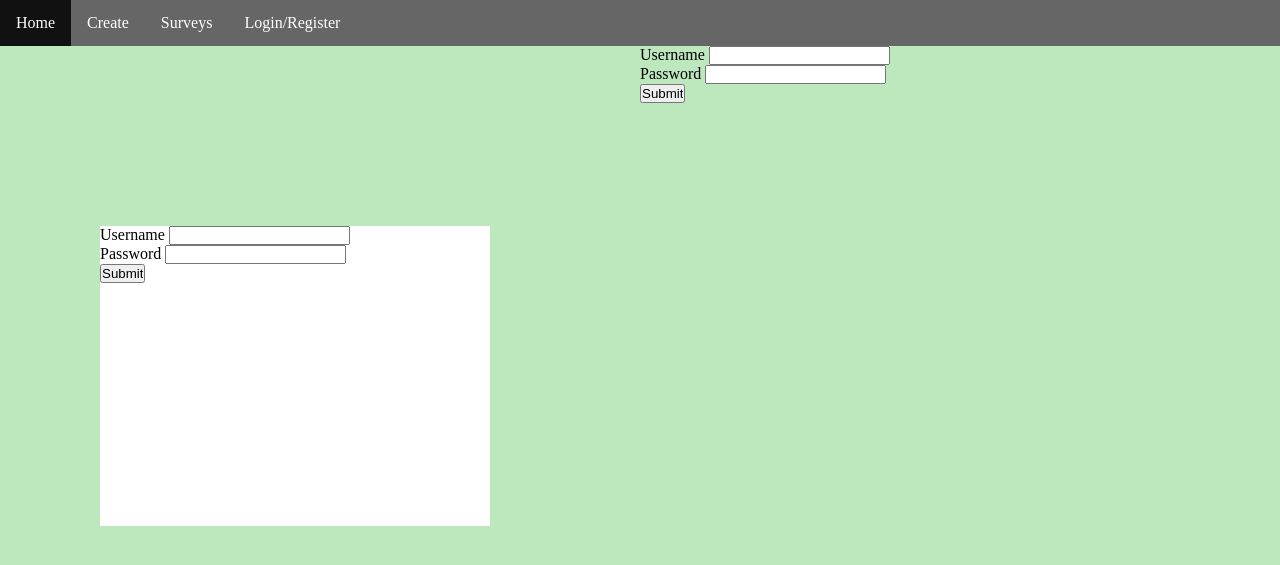
Repository: cakuang1/QuickSurveyReact
Page: /login
An editor plug-in stored every save of this project. The page is shown before and after the next save, followed by the edit.
The browser window is 1280 px wide. The pictures show the whole page.
The project was rebuilt for these pictures with package versions that can differ from the ones it lists, and the page was loaded fresh each time. Also part of the build but not shown: src/pages/create.js, src/pages/home.css, src/pages/home.js, src/pages/pastsurveys.js.

Above is the page before, as saved 2022-07-21 14:15:37.

After the next save:
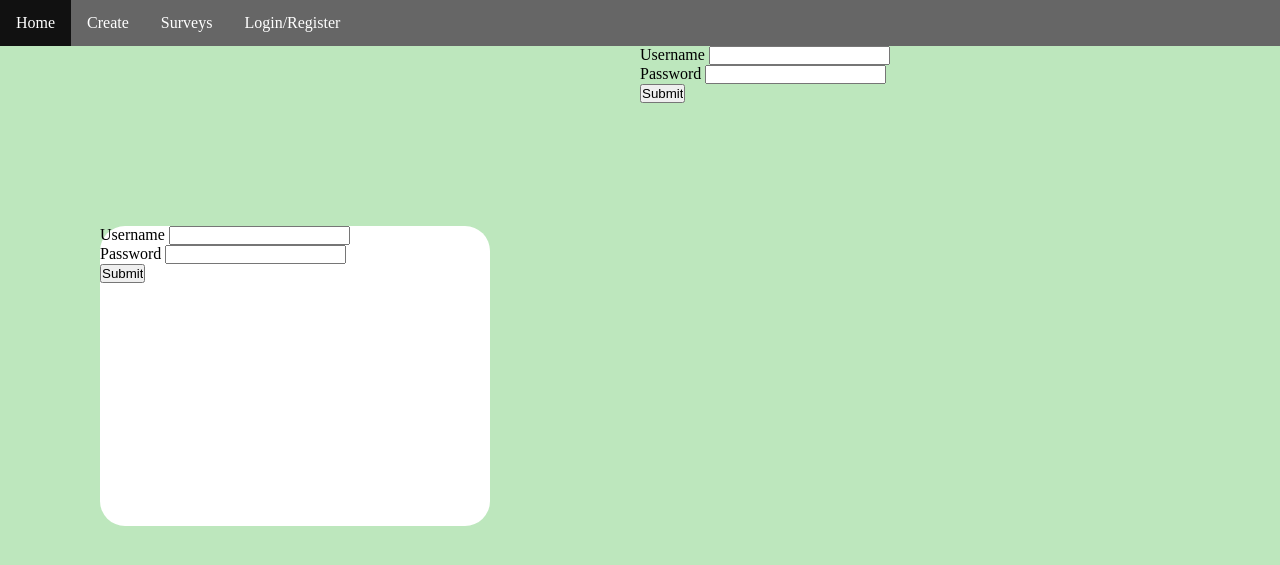
Saved 4 s later.
--- a/src/pages/login.css
+++ b/src/pages/login.css
@@ -12,7 +12,7 @@
     background-color: white;
     margin: 180px 150px 0px 100px;
     height: 300px;
-    border-radius: ;
+    border-radius: 25px;
 
 }
 
